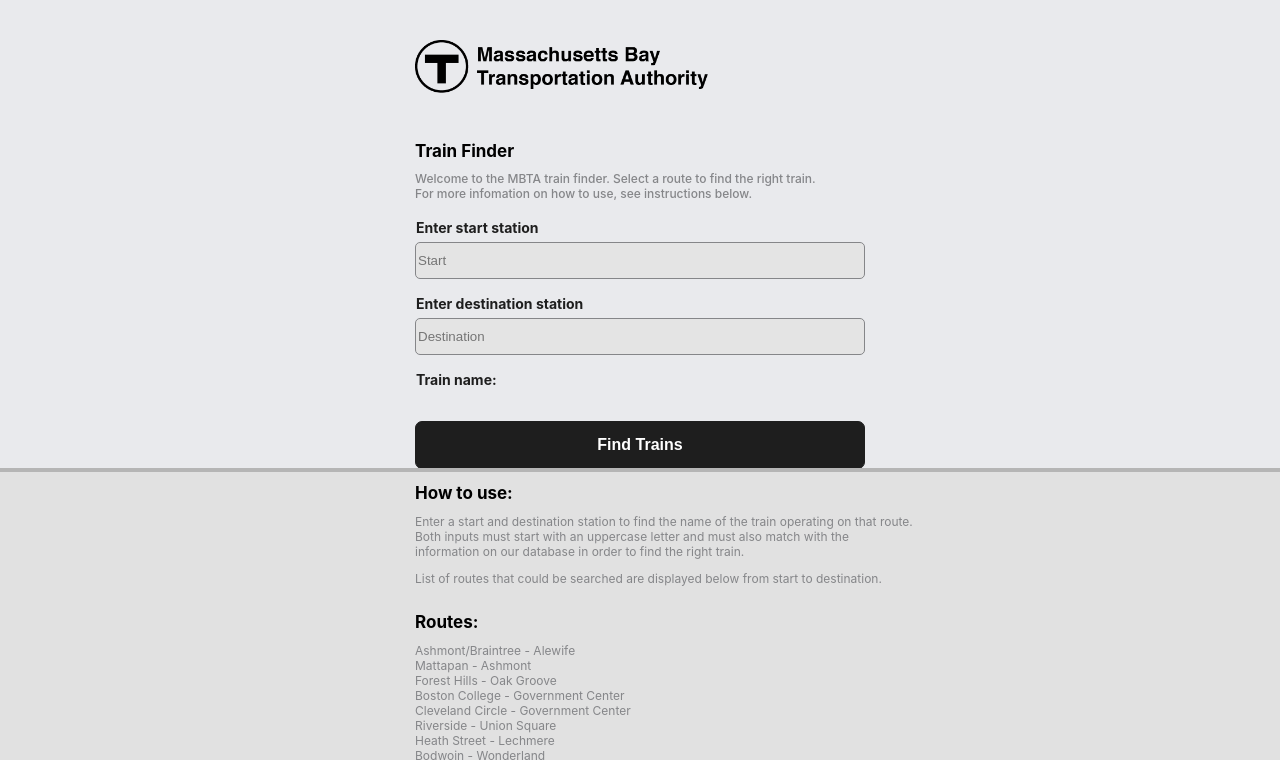
Repository: jumadesigns/mbta-train-finder
Page: / (app in mbta-app/)
These files come from the project's save history. The page is drawn as it stood at one moment and after the next save; the edit follows.
The browser window is 1280 px wide. The pictures show the whole page.
The page's requests for data from a server got no answer. The project was rebuilt for these pictures with package versions that can differ from the ones it lists, and the page was loaded fresh each time. No one was signed in, and anything a server would have sent is missing.

Above is the page before, as saved 2022-09-27 00:04:54.

### mbta-app/src/index.css
body {
  margin: 0;
  font-family: -apple-system, BlinkMacSystemFont, "Segoe UI", "Roboto", "Oxygen",
    "Ubuntu", "Cantarell", "Fira Sans", "Droid Sans", "Helvetica Neue",
    sans-serif;
  -webkit-font-smoothing: antialiased;
  -moz-osx-font-smoothing: grayscale;
  height: 100vh;
}

.App {
  text-align: center;
}

.App-logo {
  margin-top: 3vh;
  max-width: 65%;
  max-height: 65%;
  margin-right: 25vh;
}

.header-title {
  text-align: left;
  margin-top: 6vh;
  font-size: 17px;
}

.header-subtitle {
  color: #858689;
  font-size: 12px;
  font-weight: 500;
  text-align: left;
  margin-top: -1vh;
}

.input-div {
  display: flex;
  flex-direction: column;
  justify-content: center;
  align-items: center;
  background-color: #e9eaed;
  height: 65vh;
}

.input-container {
  margin-top: 2vh;
  height: 50vh;
  width: 450px;
  margin-bottom: 12vh;
}

.mbta-input-container {
  display: flex;
  flex-direction: column;
  justify-content: space-between;
  align-items: left;
}

.label-title {
  font-size: 14px;
  color: #1e1e1e;
  text-align: left;
  padding: 1px;
  margin: 5px;
  margin-bottom: 10px;
  margin-left: 0px;
}

.find-train-button {
  height: 48px;
  background-color: #1e1e1e;
  color: white;
  border: 1.5px solid #1e1e1e;
  border-radius: 7px;
}

.button-text {
  text-align: center;
  font-size: 16px;
  margin-top: 13px;
}

.input-bar {
  background: #e4e4e4;
  border: 1.5px solid #858689;
  border-radius: 5px;
  height: 33px;
  margin-bottom: 10px;
  margin-top: -5px;
}

.train-title {
  margin-bottom: 0vh;
}

#train-name {
  font-weight: 700;
  font-size: 20px;
  color: #1e1e1e;
  margin-bottom: 0px;
}

#train-name-not-found {
  font-size: 15px;
  font-weight: 700;
  margin-top: 0vh;
  color: red;
}

#error-message {
  margin-top: 1vh;
  color: red;
  font-size: 15px;
  font-weight: 700;
}

.bottom-container {
  position: absolute;
  bottom: 40;
  width: 100%;
  background-color: #e1e1e1;
  border-top: 4px #b5b5b5 solid;
  height: 40vh;
  display: flex;
  flex-direction: column;
  justify-content: center;
  align-items: center;
}

.bottom-center-div {
  height: 400px;
  width: 450px;
  margin-top: -10px;
  top: 40%;
  position: static;
  /*background-color: blue;*/
}

.bottom-section-title-1 {
  position: absolute;
  font-weight: 700;
  font-size: 17px;
  margin-top: 5vh;
  margin-right: 25vw;
}

.bottom-section-title-2 {
  position: absolute;
  font-weight: 700;
  font-size: 17px;
  margin-top: 2vh;
  margin-right: 25vw;
}

.bottom-section-paragraph-1 {
  font-size: 12px;
  text-align: left;
  color: #858689;
  margin-top: 9.3vh;
  width: 500px;
}

.bottom-section-paragraph-2 {
  font-size: 12px;
  text-align: left;
  color: #858689;
  margin-top: 8vh;
  width: 500px;
}

### mbta-app/src/App.js
import logo from "./logo.png";
import "./index.css";
import Input from "./Input";

/*

  My name is Victor Nite. Thank you for allowing me the opportunity to build this app.
  Although i was required to just complete the steps on the instruction, I went ahead to implement
  some additional functionalities to enhance the the user experience of the app. Here is what i added.

  1. ** Validation Checks **
  Since the name of the stops returned from the API are case sensitive and a user might not know that, I
  implemented validation check to inform the user that the first letter of each word must be case sensitive.
  I also implemented another validation to the check if the stations are not entered correctly.

  2. ** List the stations **
  I also thought a first time user might not know what to search for or how to combine
  the right stations to find a train. So i displayed a list of the stations to aide first time users.

  3. ** Interactive UI **
  I implemented an interactive UI with the official MBTA logo and their style guidelines. I also displayed
  instructions on how to use the app on the UI


  ** ISSUES I HAD **
  I was able to attempt all the steps however, i couldn't make progess with Step 2 simply because all the objects
  with the MBTA trains all returned 2 stops so there was nothing to compare them with.


  I added some comment alongside some of the code for better understanding on my thought process.

*/

function App() {
  return (
    <div className="App">
      <div className="input-div">
        <div className="input-container">
          <header className="App-header">
            <img src={logo} className="App-logo" alt="logo" />
            <h3 className="header-title">Train Finder</h3>
            <p className="header-subtitle">
              Welcome to the MBTA train finder. Select a route to find the right train. <br></br>
              For more infomation on how to use, see instructions below.
            </p>
          </header>

          <Input />
        </div>
      </div>
      <div className="bottom-container">
        <div className="bottom-center-div">
          <h3 className="bottom-section-title-1">How to use:</h3>

          <p className="bottom-section-paragraph-1">
            Enter a start and destination station to find the name of the train
            operating on that route. Both inputs must start with an uppercase
            letter and must also match with the information on our database in
            order to find the right train.
            <p>
              List of routes that could be searched are displayed below from
              start to destination.
            </p>
          </p>

          <h3 className="bottom-section-title-2">Routes:</h3>

          <p className="bottom-section-paragraph-2">
            Ashmont/Braintree - Alewife <br></br>
            Mattapan - Ashmont <br></br>
            Forest Hills - Oak Groove <br></br>
            Boston College - Government Center <br></br>
            Cleveland Circle - Government Center <br></br>
            Riverside - Union Square <br></br>
            Heath Street - Lechmere <br></br>
            Bodwoin - Wonderland <br></br>
          </p>
        </div>
      </div>
    </div>
  );
}

export default App;

### mbta-app/src/Input.js
import "./index.css";
import Axios from "axios";
import React from "react";
import { useEffect, useState } from "react";

/*

  My name is Victor Nite. Thank you for allowing me the opportunity to build this app.
  Although i was required to just complete the steps on the instruction, I went ahead to implement
  some additional functionalities to enhance the the user experience of the app. Here is what i added.

  1. ** Validation Checks **
  Since the name of the stops returned from the API are case sensitive and a user might not know that, I
  implemented validation check to inform the user that the first letter of each word must be case sensitive.
  I also implemented another validation to the check if the stations are not entered correctly.

  2. ** List the stations **
  I also thought a first time user might not know what to search for or how to combine
  the right stations to find a train. So i displayed a list of the stations to aide first time users.

  3. ** Interactive UI **
  I implemented an interactive UI with the official MBTA logo and their style guidelines. I also displayed
  instructions on how to use the app on the UI


  ** ISSUES I HAD **
  I was able to attempt all the steps however, i couldn't make progess with Step 2 simply because all the objects
  with the MBTA trains all returned 2 stops so there was nothing to compare them with.


  I added some comment alongside some of the code for better understanding on my thought process.

*/

function Input() {
  const [responseData, setResponseData] = useState([]);
  const [start, setStart] = useState("");
  const [destination, setDestination] = useState("");
  const [foundTrains, setFoundTrains] = useState("");
  const [errorText, setErrorText] = useState("");
  const [notFound, setNotFound] = useState("");

  //Makes the API call for Step 1 whenever the page loads.
  useEffect(() => {
    getData();
  }, []);

  //Checks on when there is no input.
  useEffect(() => {
    if (start === "" && destination === "") {
      setNotFound("");
      setErrorText("");
      setFoundTrains("");
    }
  }, [start, destination]);

  //Checks for inputs with the wrong answer.
  useEffect(() => {
    if (notFound !== "") {
      setFoundTrains("");
    }
  }, [notFound]);

  //Checks for when wrong answer is deleted.
  useEffect(() => {
    if (start && destination) {
      setNotFound("");
      console.log(start, destination);
    }
  }, [start, destination]);

  const handleStartChange = (event) => {
    const word = event.target.value;

    //Checks for validation to make sure first letter is uppercase. (New Feature)
    if (word.charAt(0) === word.charAt(0).toLowerCase()) {
      setErrorText(
        "*First letter must be Uppercase! Please delete and type again"
      );
    } else if (word.charAt(0) === word.charAt(0).toUpperCase()) {
      setErrorText("");
    }
    setStart(word);
  };

  const handleDestinationChange = (event) => {
    const word = event.target.value;

    //Checks for validation to make sure first letter is uppercase. (New Feature)
    if (word.charAt(0) === word.charAt(0).toLowerCase()) {
      setErrorText(
        "*First letter must be Uppercase! Please delete and type again"
      );
    } else if (word.charAt(0) === word.charAt(0).toUpperCase()) {
      setErrorText("");
    }
    setDestination(word);
  };

  const FindTrains = () => {
    const findTrains = responseData.filter((train) => {
      return (
        train.attributes.direction_destinations.includes(start) &&
        train.attributes.direction_destinations.includes(destination)
      );
    });

    //Checks for when the search returns no data, updates the state to display a message.
    if (findTrains.length > 0) {
      const found = findTrains
        .map((train) => train.attributes.long_name)
        .join("line, ");
      setFoundTrains(found);
    } else {
      setNotFound(
        "*No train was found! Please clear all inputs and search again."
      );
    }
  };

  const getData = () => {
    /*
        Fetch the API. Using the second API link because it returns a more
        filtered list unlike the first one.
    */
    Axios.get("https://api-v3.mbta.com/routes?filter[type]=0,1").then(
      (response) => {
        //Put response in a variable
        const res = response.data;
        //console.log(res.data);

        //Map through the res variable to log to the name of trains to the console as required for Step 1.
        res.data.map((val) => console.log(val.attributes.long_name));

        //Set response to the state
        setResponseData(res.data);
      }
    );
  };

  return (
    <div className="">
      <div className="mbta-input-container">
        <h4 className="label-title">Enter start station</h4>
        <input
          className="input-bar"
          type="text"
          value={start}
          placeholder="Start"
          onChange={(e) => handleStartChange(e)}
        />
        <h4 className="label-title">Enter destination station</h4>
        <input
          className="input-bar"
          type="text"
          value={destination}
          placeholder="Destination"
          onChange={(e) => handleDestinationChange(e)}
        />
        <h4 className="label-title train-title">Train name:</h4>
        <h2 id="train-name">{foundTrains}</h2>
        <p id="train-name-not-found">{notFound}</p>

        <button onClick={FindTrains} className="find-train-button">
          <h3 className="button-text">Find Trains</h3>
        </button>

        <span id="error-message">{errorText}</span>
      </div>
    </div>
  );
}

export default Input;

Loaded but not shown: mbta-app/public/index.html (common file); mbta-app/src/index.js (common file)

After the next save:
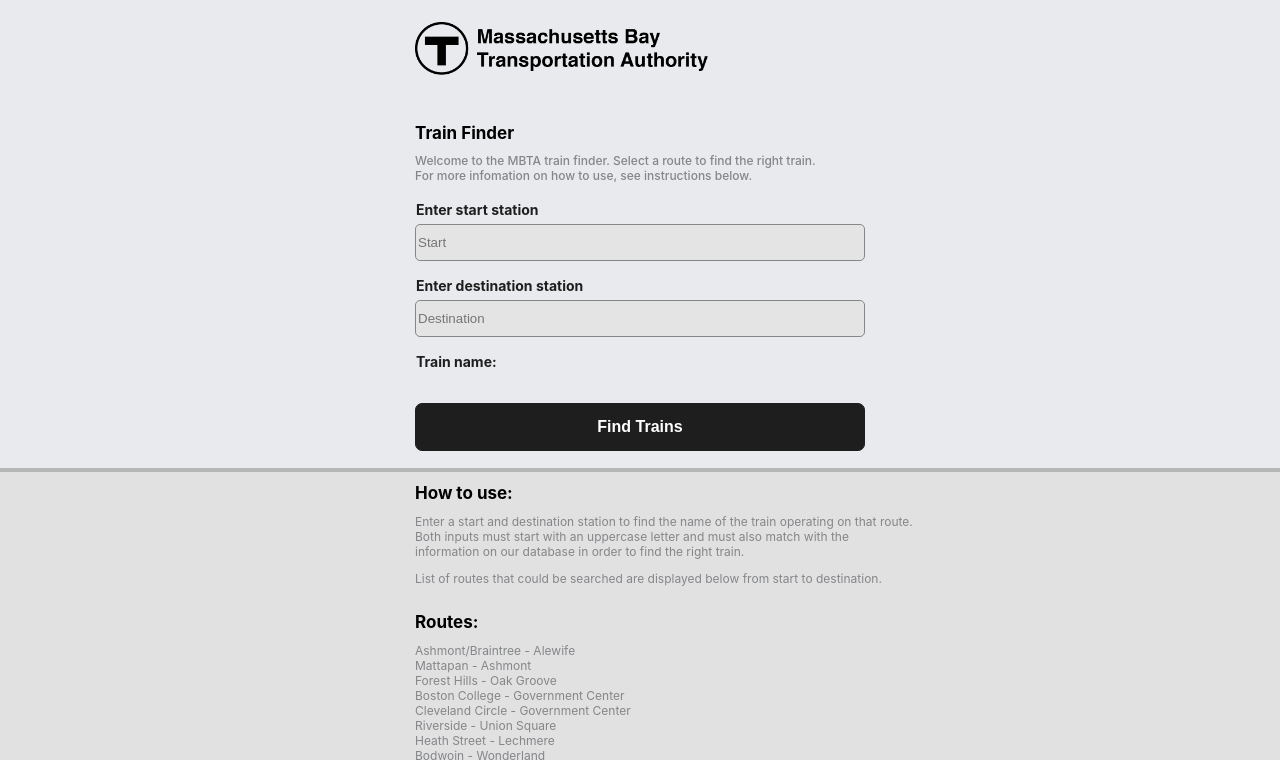
Saved 77 s later.
--- a/mbta-app/src/index.css
+++ b/mbta-app/src/index.css
@@ -46,7 +46,7 @@
   margin-top: 2vh;
   height: 50vh;
   width: 450px;
-  margin-bottom: 12vh;
+  margin-bottom: 17vh;
 }
 
 .mbta-input-container {
